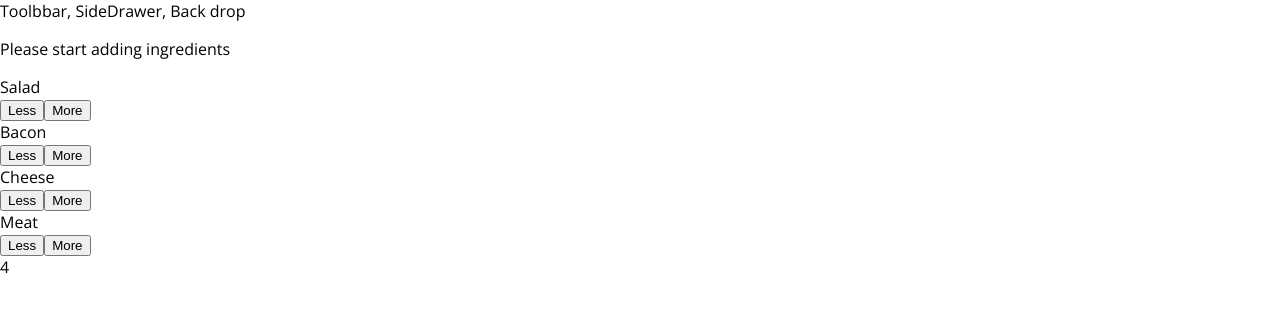
Repository: dunbom6612/burger-builder-app
Page: /
An editor plug-in stored every save of this project. The page is shown before and after the next save, followed by the edit.
The browser window is 1280 px wide. The pictures show the whole page.
The project was rebuilt for these pictures with package versions that can differ from the ones it lists, and the page was loaded fresh each time. Also part of the build but not shown: src/components/Layout/Layout.css, src/components/Burger/Burgeringredient/Burgeringredient.css, src/components/Burger/Burger.css, src/components/BuildControls/BuildControls.css, src/components/BuildControls/BuildControl/BuildControl.css.

Above is the page before, as saved 2020-07-31 00:35:31.

### public/index.html
<!DOCTYPE html>
<html lang="en">
  <head>
    <meta charset="utf-8">
    <meta name="viewport" content="width=device-width, initial-scale=1, shrink-to-fit=no">
    <meta name="theme-color" content="#000000">
    <!--
      manifest.json provides metadata used when your web app is added to the
      homescreen on Android. See https://developers.google.com/web/fundamentals/engage-and-retain/web-app-manifest/
    -->
    <link rel="manifest" href="%PUBLIC_URL%/manifest.json">
    <link rel="shortcut icon" href="%PUBLIC_URL%/favicon.ico">
    <!--
      Notice the use of %PUBLIC_URL% in the tags above.
      It will be replaced with the URL of the `public` folder during the build.
      Only files inside the `public` folder can be referenced from the HTML.

      Unlike "/favicon.ico" or "favicon.ico", "%PUBLIC_URL%/favicon.ico" will
      work correctly both with client-side routing and a non-root public URL.
      Learn how to configure a non-root public URL by running `npm run build`.
    -->
    <link href="https://fonts.googleapis.com/css2?family=Open+Sans:wght@400;700&display=swap" rel="stylesheet">
    <title>Huy Burger</title>
  </head>
  <body>
    <noscript>
      You need to enable JavaScript to run this app.
    </noscript>
    <div id="root"></div>
    <!--
      This HTML file is a template.
      If you open it directly in the browser, you will see an empty page.

      You can add webfonts, meta tags, or analytics to this file.
      The build step will place the bundled scripts into the <body> tag.

      To begin the development, run `npm start` or `yarn start`.
      To create a production bundle, use `npm run build` or `yarn build`.
    -->
  </body>
</html>

### src/App.js
import React, { Component } from 'react';
import Layout from './components/Layout/Layout';
import BurgerBuilder from './containers/BurgerBuilder/BurgerBuilder';

class App extends Component {
  render() {
    return (
      <div className="App">
        <Layout>
          <BurgerBuilder />
        </Layout>
      </div>
    );
  }
}

export default App;

### src/components/Layout/Layout.js
import React from "react";
import Aux from "../../hoc/Aux";
import classes from './Layout.css'

const layout = (props) => (
  <Aux>
    <div>Toolbbar, SideDrawer, Back drop</div>
    <main className={classes.Content}>{props.children}</main>
  </Aux>
);

export default layout;

### src/containers/BurgerBuilder/BurgerBuilder.js
import React, { Component } from "react";
import Aux from "../../hoc/Aux";
import Burger from "../../components/Burger/Burger";
import BuildControls from "../../components/BuildControls/BuildControls";

const INGREDIENT_PRICES = {
  salad: 0.5,
  cheese: 0.4,
  meat: 1.3,
  bacon: 0.7,
};
class BurgerBuilder extends Component {
  state = {
    ingredients: {
      salad: 0,
      bacon: 0,
      cheese: 0,
      meat: 0,
    },
    totalPrice: 4,
  };

  addIngredientHandler = (type) => {
    const oldCount = this.state.ingredients[type];
    const updatedCount = oldCount + 1;
    const updateIngredients = {
      ...this.state.ingredients,
    };
    updateIngredients[type] = updatedCount;
    const priceAddition = INGREDIENT_PRICES[type];
    const oldPrice = this.state.totalPrice;
    const newPrice = oldPrice + priceAddition;
    this.setState({ totalPrice: newPrice, ingredients: updateIngredients });
  };

  removeIngredientHandler = (type) => {
    const oldCount = this.state.ingredients[type];
    if(oldCount <= 0){
        return;
    }
    const updatedCount = oldCount - 1 ;
    const updateIngredients = {
      ...this.state.ingredients,
    };
    updateIngredients[type] = updatedCount;
    const priceDeduction = INGREDIENT_PRICES[type];
    const oldPrice = this.state.totalPrice;
    const newPrice =
      oldPrice > priceDeduction ? oldPrice - priceDeduction : oldPrice;
    this.setState({ totalPrice: newPrice, ingredients: updateIngredients });
  };
  render() {
      const disabledInfo = {
          ...this.state.ingredients
      };
      for (let key in disabledInfo) {
          disabledInfo[key] = disabledInfo[key] <= 0
      }
    return (
      <Aux>
        <Burger ingredients={this.state.ingredients} />
        <BuildControls
          ingredientAdded={this.addIngredientHandler}
          ingredientRemoved={this.removeIngredientHandler}
          totalPrice={this.state.totalPrice}
          disabled={disabledInfo}
        />
      </Aux>
    );
  }
}

export default BurgerBuilder;

### src/components/Burger/Burger.js
import React from 'react'
import BurgerIngredient from './Burgeringredient/Burgeringredient'
import classes from './Burger.css'

const burger = (props) => {
    let transformedIngredient = Object.keys(props.ingredients).map(igKey => {
        return [...Array(props.ingredients[igKey])].map((_,i) => {
           return  <BurgerIngredient key={igKey + i} type={igKey} />
        });
    }).reduce((arr, el) => {
        return arr.concat(el);
    }, []);
    if(transformedIngredient.length === 0 ){
        transformedIngredient = <p> Please start adding ingredients</p>;
    }
    return (
        <div className={classes.Burger}>
            <BurgerIngredient type='bread-top'/>
            {transformedIngredient}
            <BurgerIngredient type='bread-bottom'/>
        </div>
    );


}

export default burger;

### src/components/BuildControls/BuildControls.js
import React from "react";
import classes from "./BuildControls.css";
import BuildControl from "./BuildControl/BuildControl";

const controls = [
  { label: "Salad", type: "salad" },
  { label: "Bacon", type: "bacon" },
  { label: "Cheese", type: "cheese" },
  { label: "Meat", type: "meat" },
];
const buildControls = (props) => (
  <div className={classes.BuildControls}>
    {controls.map((ctrl) => (
      <BuildControl key={ctrl.label} label={ctrl.label}
      added={() => props.ingredientAdded(ctrl.type)}
      removed={() => props.ingredientRemoved(ctrl.type)}
      disabled={props.disabled[ctrl.type]}
      />
    ))}
    <div>{props.totalPrice}</div>
  </div>
);

export default buildControls;

### src/components/Burger/Burgeringredient/Burgeringredient.js
import React, { Component } from "react";
import PropTypes from "prop-types";
import classes from "./Burgeringredient.css";

class BurgerIngredient extends Component {
  render() {
    let ingredient = null;

    switch (this.props.type) {
      case "bread-bottom":
        ingredient = <div className={classes.BreadBottom}></div>;
        break;
      case "bread-top":
        ingredient = (
          <div className={classes.BreadTop}>
            <div className={classes.Seeds1}></div>
            <div className={classes.Seeds2}></div>
          </div>
        );
        break;
      case "meat":
        ingredient = <div className={classes.Meat}></div>;
        break;
      case "cheese":
        ingredient = <div className={classes.Cheese}></div>;
        break;
      case "bacon":
        ingredient = <div className={classes.Bacon}></div>;
        break;
      case "salad":
        ingredient = <div className={classes.Salad}></div>;
        break;
      default:
        ingredient = null;
    }

    return ingredient;
  }
}

BurgerIngredient.propTypes = {
  type: PropTypes.string.isRequired,
};

export default BurgerIngredient;

### src/components/BuildControls/BuildControl/BuildControl.js
import React from "react";
import classes from './BuildControl.css';



const buildControl = (props) => (
    <div className={classes.BuildControl}>
        <div className={classes.Label}>{props.label}</div>
        <button className={classes.Less} onClick={props.removed}>Less</button>
        <button className={classes.More} onClick={props.added}>More</button>
    </div>
);

export default buildControl;

Loaded but not shown: src/index.js (common file); src/index.css (common file); src/registerServiceWorker.js (common file); src/hoc/Aux.js (common file)

After the next save:
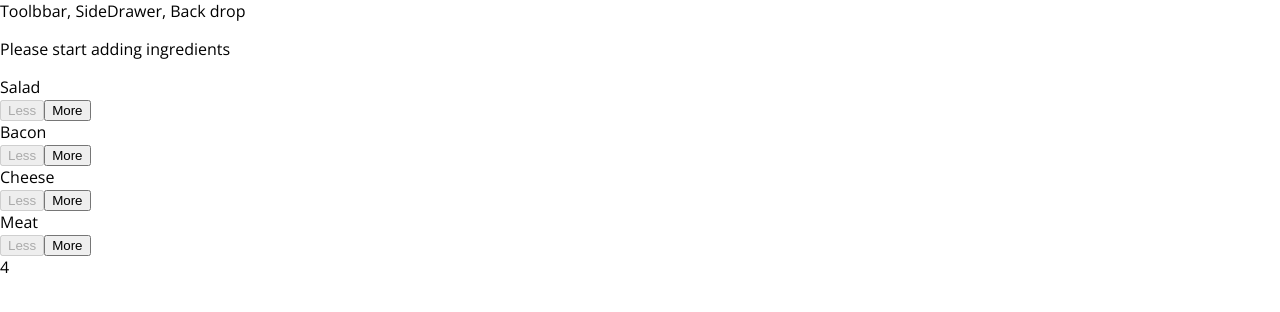
Saved 43 s later.
--- a/src/components/BuildControls/BuildControl/BuildControl.js
+++ b/src/components/BuildControls/BuildControl/BuildControl.js
@@ -6,7 +6,7 @@ import classes from './BuildControl.css';
 const buildControl = (props) => (
     <div className={classes.BuildControl}>
         <div className={classes.Label}>{props.label}</div>
-        <button className={classes.Less} onClick={props.removed}>Less</button>
+        <button className={classes.Less} onClick={props.removed} disabled={props.disabled}>Less</button>
         <button className={classes.More} onClick={props.added}>More</button>
     </div>
 );
